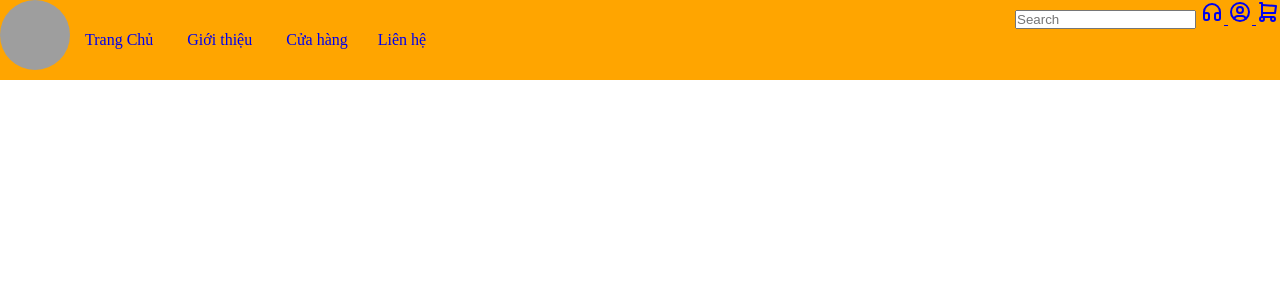
Repository: manhhieu120499/test-page
Page: index.html
These files come from the project's save history. The page is drawn as it stood at one moment and after the next save; the edit follows.
The browser window is 1280 px wide. The pictures show the whole page.
Pictures or frames that could not be fetched are drawn as grey boxes.

Above is the page before, as saved 2023-01-11 23:00:42.

After the next save:
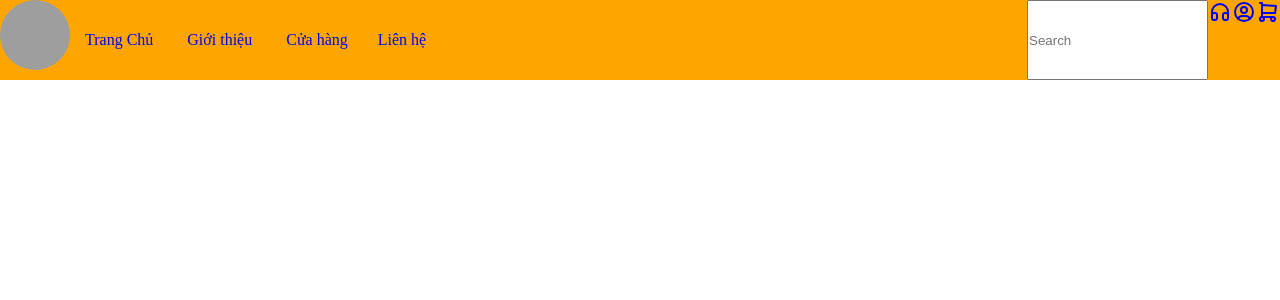
Saved 11 s later.
--- a/style.css
+++ b/style.css
@@ -32,3 +32,7 @@ img {
 .sub-menu li a {
     text-decoration: none;
 }
+
+.right-sidebar {
+    display: flex;
+}

After the save that followed:
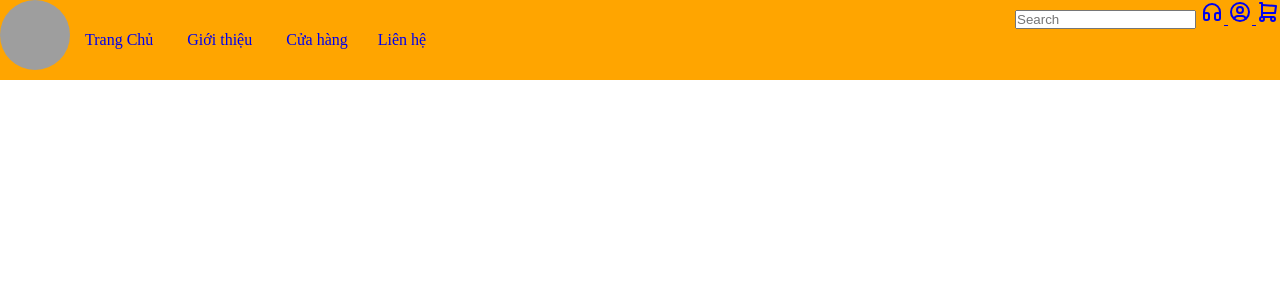
Saved 28 s later.
--- a/style.css
+++ b/style.css
@@ -32,7 +32,3 @@ img {
 .sub-menu li a {
     text-decoration: none;
 }
-
-.right-sidebar {
-    display: flex;
-}
